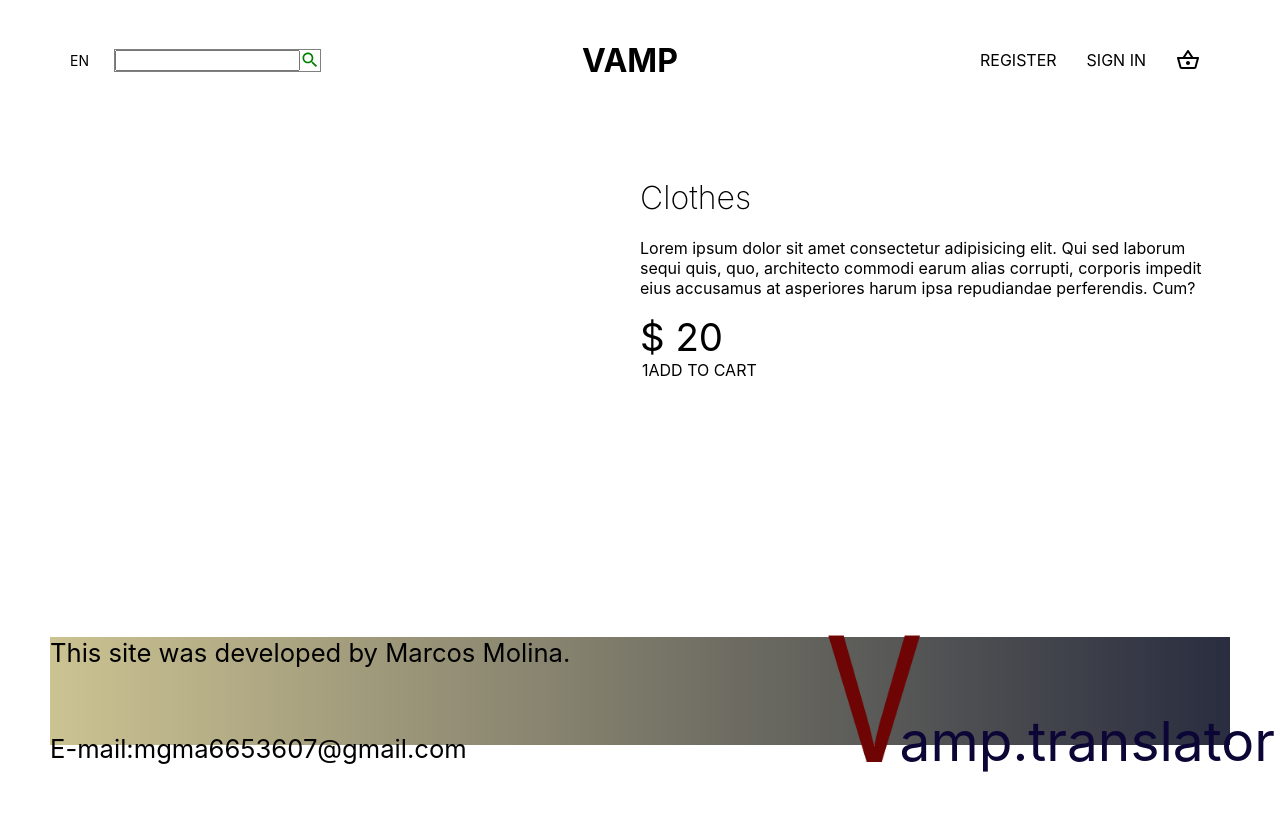
Repository: mgma2005/ecoeli
Page: /
These files come from the project's save history. The page is drawn as it stood at one moment and after the next save; the edit follows.
The browser window is 1280 px wide. The pictures show the part of the page from y = 173 to 993 px (the page is 993 px tall).
The project was rebuilt for these pictures with package versions that can differ from the ones it lists, and the page was loaded fresh each time. Also part of the build but not shown: src/App.css.

Above is the page before, as saved 2022-05-14 18:15:29.

After the next save:
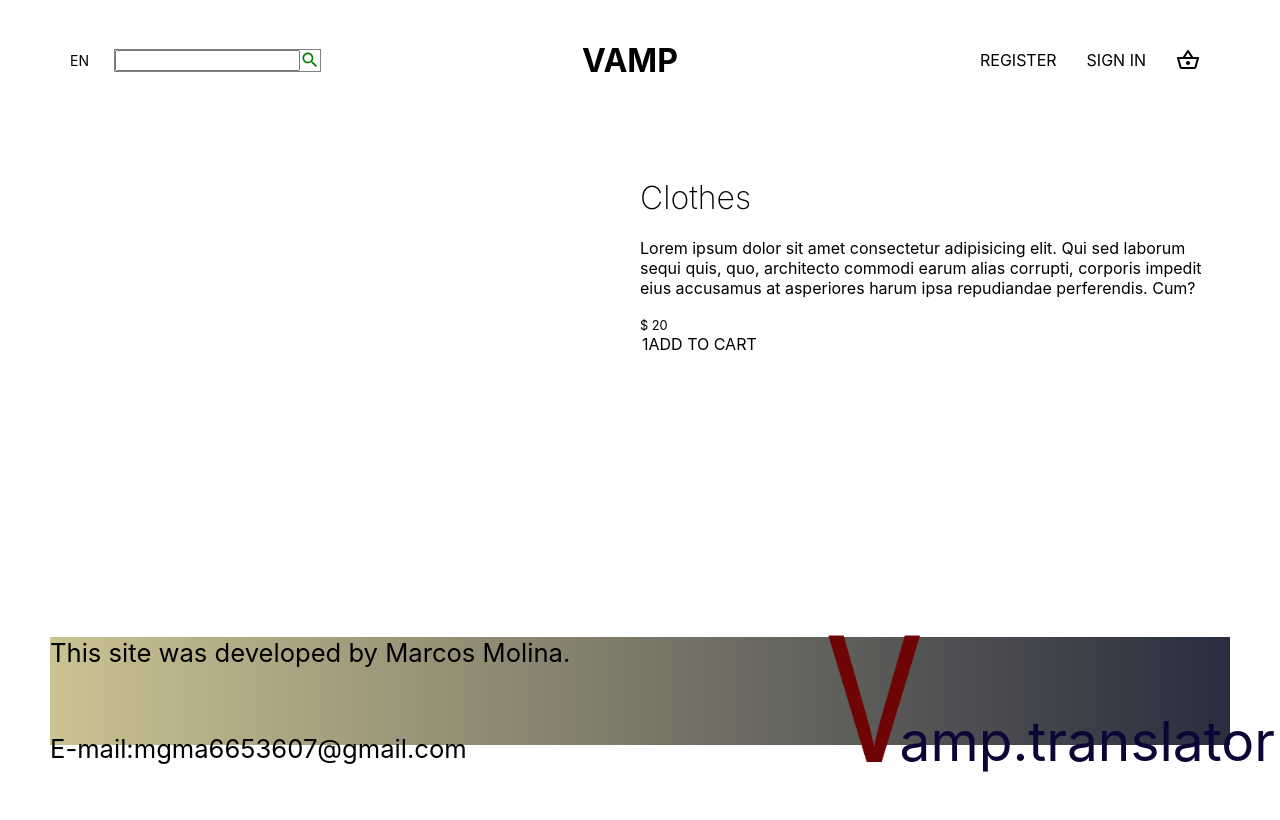
Saved 23 s later.
--- a/src/pages/Product.jsx
+++ b/src/pages/Product.jsx
@@ -39,7 +39,7 @@
 const Desc = styled.p``;
 
 const Price = styled.span`
-  font-size: 3vw;
+  font-size: 1vw;
 `;
 
 const AddContainer = styled.option`

After the save that followed:
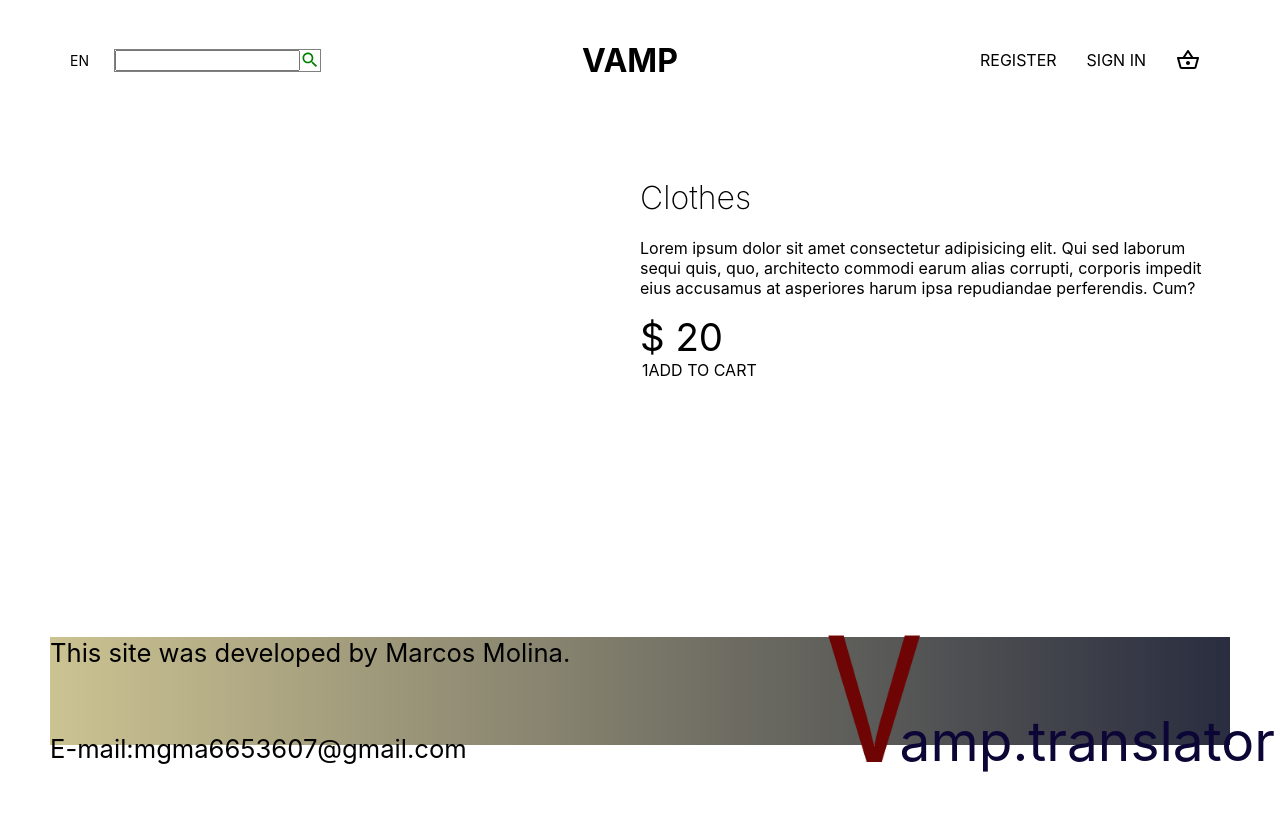
Saved 7 s later.
--- a/src/pages/Product.jsx
+++ b/src/pages/Product.jsx
@@ -39,7 +39,7 @@
 const Desc = styled.p``;
 
 const Price = styled.span`
-  font-size: 1vw;
+  font-size: 3vw;
 `;
 
 const AddContainer = styled.option`
